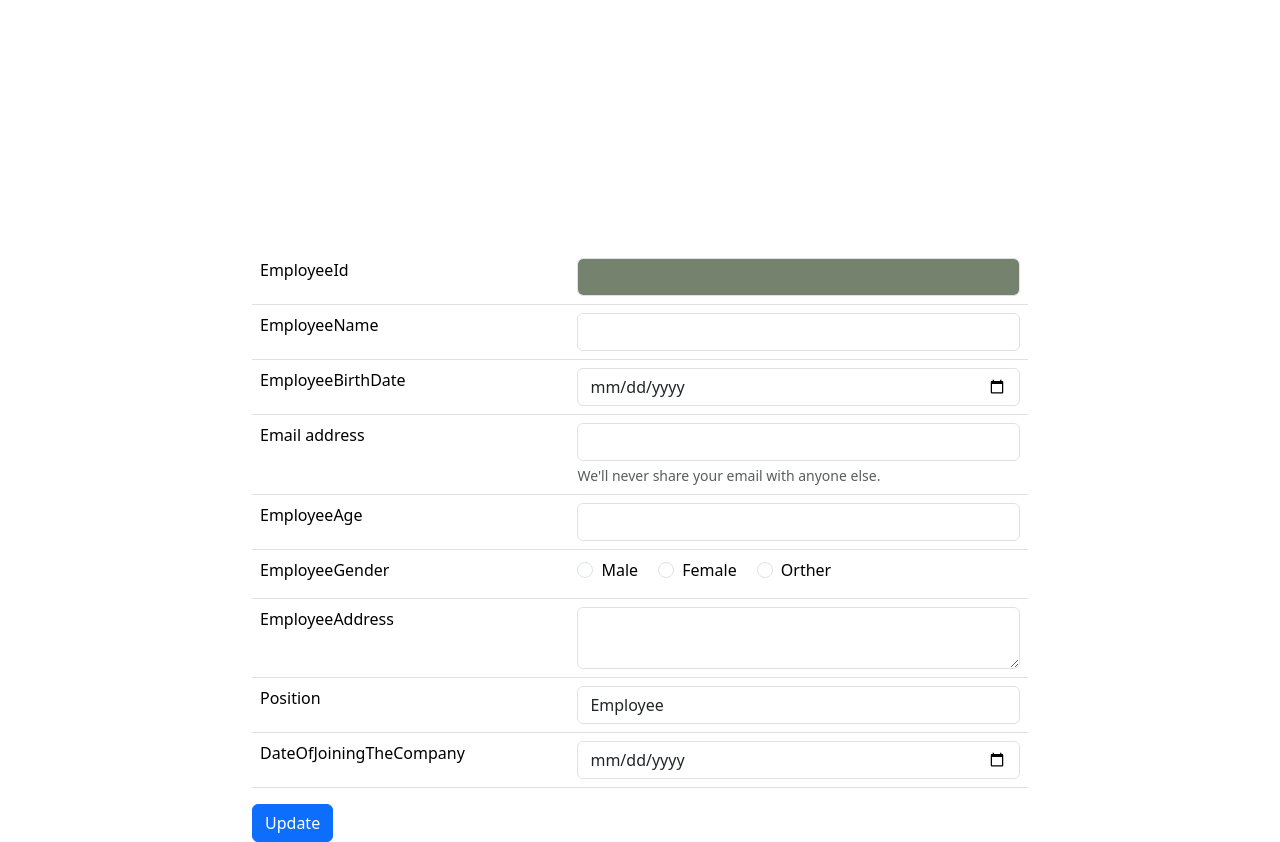
Repository: tranhuuan1703/BaiTapServlet
Page: http://localhost/bai_tap_jsp_servlet/views/Edit.jsp
An editor plug-in stored every save of this project. The page is shown before and after the next save, followed by the edit.
The browser window is 1280 px wide. The pictures show the whole page.
Some web libraries are served in a nearby version. The page is served by Tomcat 9.

Above is the page before, as saved 2024-08-09 09:51:31.

After the next save:
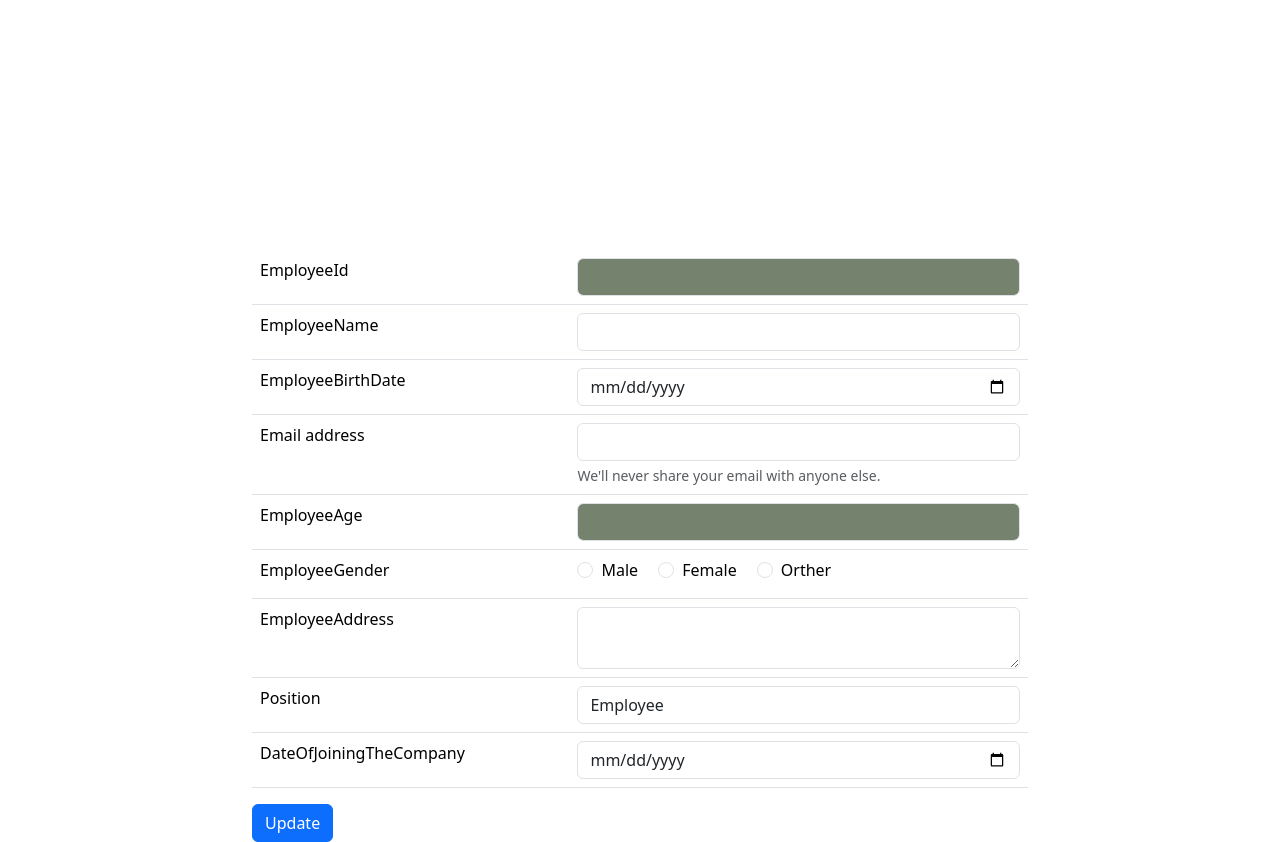
Saved 30 s later.
--- a/bai_tap_jsp_servlet/bai_tap_jsp_servlet/src/main/webapp/views/Edit.jsp
+++ b/bai_tap_jsp_servlet/bai_tap_jsp_servlet/src/main/webapp/views/Edit.jsp
@@ -49,7 +49,7 @@
                <tr>
                   <td><label for="ageEmployee" class="form-label">EmployeeAge</label></td>
                   <td>
-                     <input type="number" class="form-control" id="ageEmployee" aria-describedby="emailHelp" name="ageEmployee" value="${employeeInfo.employeeAge}">
+                     <input type="number" class="form-control" id="ageEmployee" aria-describedby="emailHelp" name="ageEmployee" value="${employeeInfo.employeeAge}" style="background-color: #75826e;">
                   </td>
                </tr>
                <tr>
